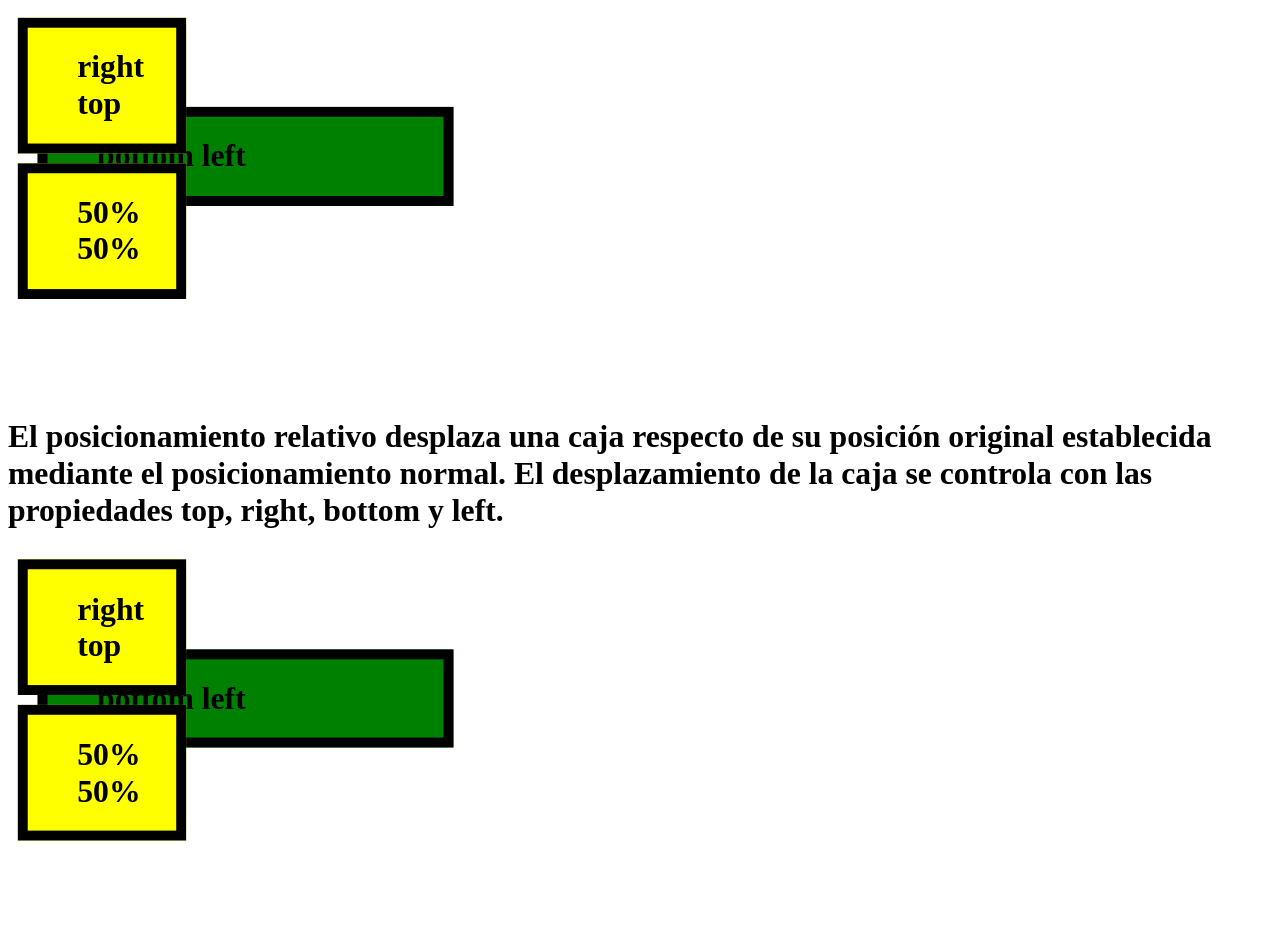
Repository: antonio63j/misNotas
Page: software/CSS/Demos/aptana_proyect/src/relativo.html
These files come from the project's save history. The page is drawn as it stood at one moment and after the next save; the edit follows.
The browser window is 1280 px wide. The pictures show the whole page, at 99% of full size.

Above is the page before, as saved 2017-04-23 16:47:55.

### software/CSS/Demos/aptana_proyect/src/relativo.html
<!DOCTYPE html>
<html>
<head>
<style>

#caja1 {
  position:relative;
  bottom:-100px;
  left:20px;
  width: 300px;
  padding-left:  50px;
  padding-right: 50px;
  margin-left:   10px;
  margin-right:  10px;
  border: 10px solid black;
  margin-bottom:10px;
  background-color:green;
}

#caja2 {
  position:relative;
  top:-100px;
  width: 50px;
  padding-left:  50px;
  padding-right: 50px;
  margin-left:   10px;
  margin-right:  10px;
  border: 10px solid black;
  margin-bottom:10px;
  background-color:yellow;
}

#caja3 {
  position:relative;
  top:-100px;
  width: 50px;
  padding-left:  50px;
  padding-right: 50px;
  margin-left:   10px;
  margin-right:  10px;
  border: 10px solid black;
  margin-bottom:10px;
  background-color:yellow;
}

#caja11 {
  position:relative;
  bottom:-100px;
  left:20px;
  width: 300px;
  padding-left:  50px;
  padding-right: 50px;
  margin-left:   10px;
  margin-right:  10px;
  border: 10px solid black;
  margin-bottom:10px;
  background-color:green;
}

#caja22 {
  position:relative;
  top:-100px;
  width: 50px;
  padding-left:  50px;
  padding-right: 50px;
  margin-left:   10px;
  margin-right:  10px;
  border: 10px solid black;
  margin-bottom:10px;
  background-color:yellow;
}

#caja33 {
  position:relative;
  top:-100px;
  width: 50px;
  padding-left:  50px;
  padding-right: 50px;
  margin-left:   10px;
  margin-right:  10px;
  border: 10px solid black;
  margin-bottom:10px;
  background-color:yellow;
}


</style>
</head>



<body>

<div id="caja1"><h1>bottom left</h1></div>
<div id="caja2"><h1>right top</h1></div>
<div id="caja3"><h1>50% 50%</h1></div>

<h1>El posicionamiento relativo desplaza una caja respecto de su posición original establecida mediante el posicionamiento normal. El desplazamiento de la caja se controla con las propiedades top, right, bottom y left.</h1>

<div id="caja11"><h1>bottom left</h1></div>
<div id="caja22"><h1>right top</h1></div>
<div id="caja33"><h1>50% 50%</h1></div>

</body>

</html>

After the next save:
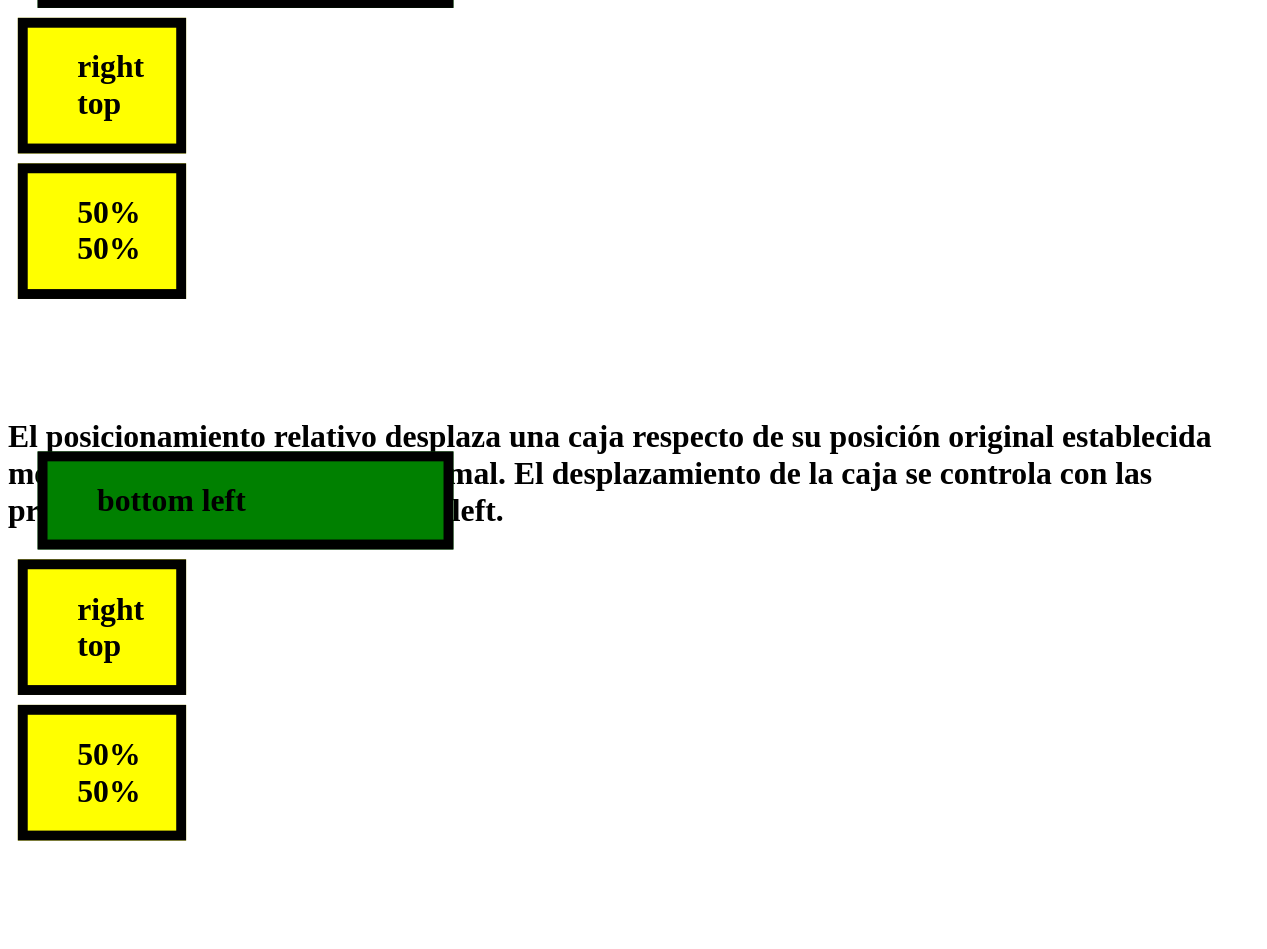
Saved 74 s later.
--- a/software/CSS/Demos/aptana_proyect/src/relativo.html
+++ b/software/CSS/Demos/aptana_proyect/src/relativo.html
@@ -5,7 +5,7 @@
 
 #caja1 {
   position:relative;
-  bottom:-100px;
+  top:-100px;
   left:20px;
   width: 300px;
   padding-left:  50px;
@@ -45,7 +45,7 @@
 
 #caja11 {
   position:relative;
-  bottom:-100px;
+  top:-100px;
   left:20px;
   width: 300px;
   padding-left:  50px;
